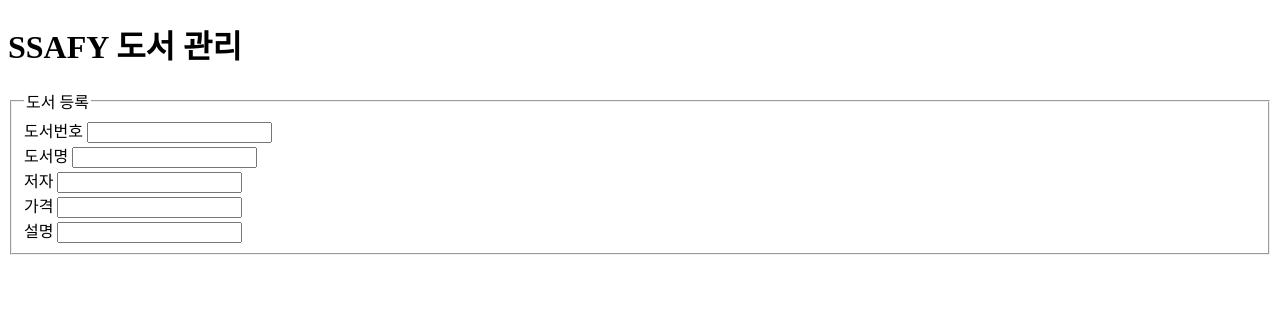
Repository: nkj0901/Personal-Repository
Page: SSAFY/서블릿/back_db_ws_01_3/WebContent/regist.html
The author's editor kept a copy of each file at every save. The page is drawn from the files as they stood at one save, then again after the next save.
The browser window is 1280 px wide. The pictures show the whole page.

Above is the page before, as saved 2022-09-01 07:21:43.

### SSAFY/서블릿/back_db_ws_01_3/WebContent/regist.html
<!DOCTYPE html>
<html>
<head>
<meta charset="UTF-8">
<title>SSAFY 도서 관리</title>
</head>
<body>
	<h1>SSAFY 도서 관리</h1>

	<fieldset>
	<legend>도서 등록</legend>
	<label>도서번호</label>
	<input type = "text" name = "isbn"> <br>
	<label>도서명</label>
	<input type = "text" name = "title"> <br>
	<label>저자</label>
	<input type = "text" name = "author"> <br>
	<label>가격</label>
	<input type = "text" name = "price"> <br>
	<label>설명</label>
	<input type = "text" name = "desc"> <br>
	</fieldset>


</body>
</html>

After the next save:
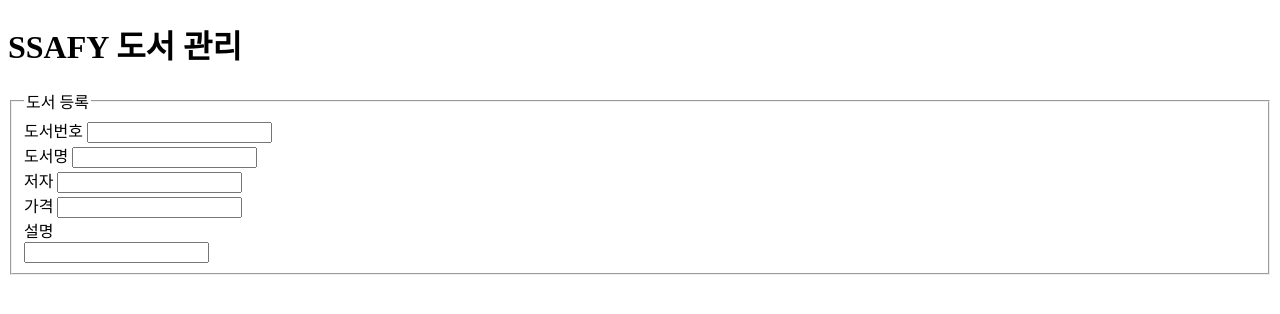
Saved 20 s later.
--- a/SSAFY/서블릿/back_db_ws_01_3/WebContent/regist.html
+++ b/SSAFY/서블릿/back_db_ws_01_3/WebContent/regist.html
@@ -17,7 +17,7 @@
 	<input type = "text" name = "author"> <br>
 	<label>가격</label>
 	<input type = "text" name = "price"> <br>
-	<label>설명</label>
+	<label>설명</label> <br>
 	<input type = "text" name = "desc"> <br>
 	</fieldset>
 
